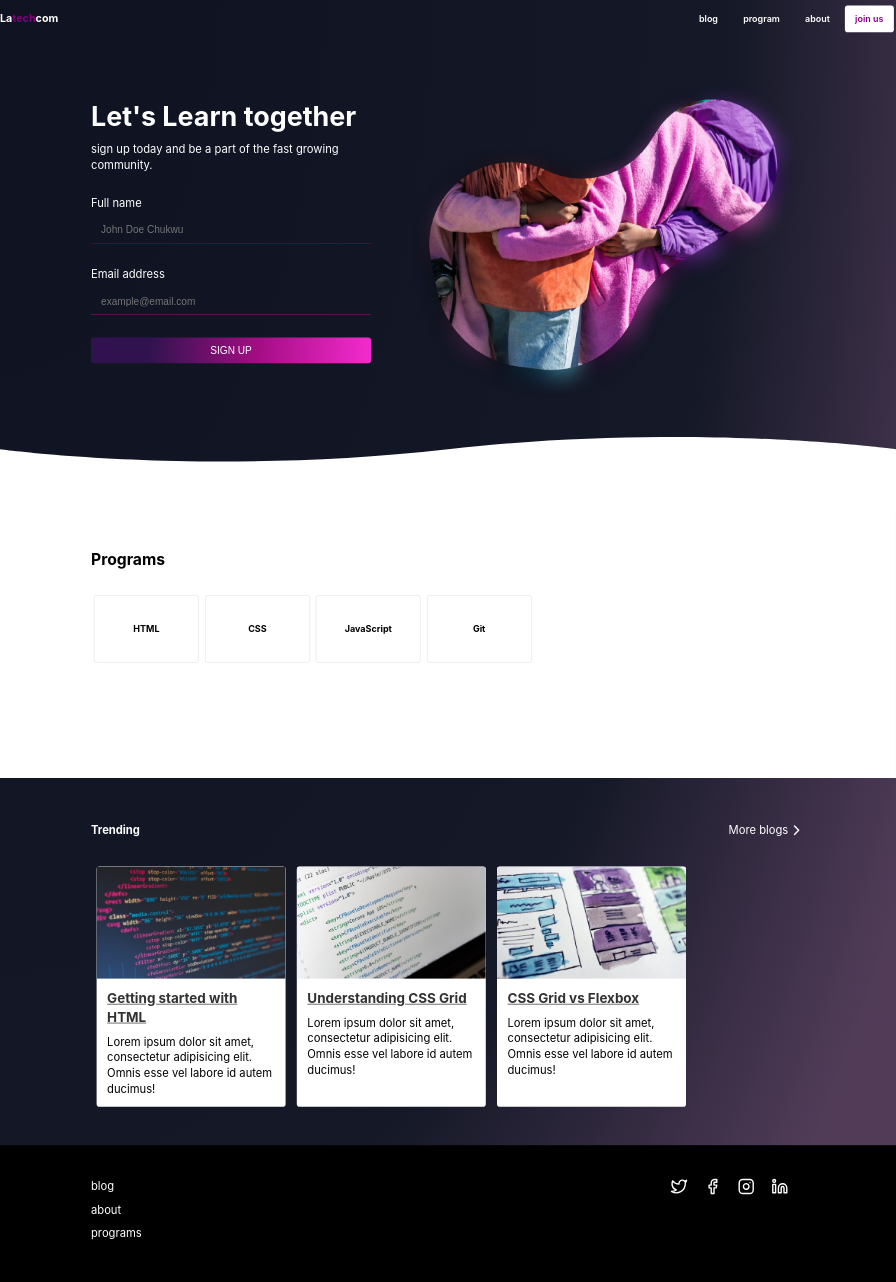
Repository: giprim/community
Page: /
An editor plug-in stored every save of this project. The page is shown before and after a run of saves, followed by the edit.
The browser window is 1280 px wide. The pictures show the whole page, at 70% of full size.
The project was rebuilt for these pictures with package versions that can differ from the ones it lists, and the page was loaded fresh each time. Also part of the build but not shown: src/App.css, src/pages/Register.tsx.

Above is the page before, as saved 2020-10-26 00:11:51.

### src/index.css
* {
  padding: 0;
  margin: 0;
  box-sizing: border-box;
  line-height: 140%;
}

html {
  scroll-behavior: smooth;
}

body {
  font-family: -apple-system, BlinkMacSystemFont, "Segoe UI", "Roboto", "Oxygen",
    "Ubuntu", "Cantarell", "Fira Sans", "Droid Sans", "Helvetica Neue",
    sans-serif;
  -webkit-font-smoothing: antialiased;
  -moz-osx-font-smoothing: grayscale;

  background: radial-gradient(
      115.04% 150.55% at 0% -2.74%,
      #0e1221 0%,
      #141827 70.94%,
      #1d0126c4 100%
    )
    no-repeat;

  height: 100%;
}

code {
  font-family: source-code-pro, Menlo, Monaco, Consolas, "Courier New",
    monospace;
}

### src/App.tsx
import React from 'react';
import './App.css';

import { Route, Switch } from 'react-router-dom';
import { ChevronRight } from 'react-feather';
import Footer from './components/Footer';
import Home from './pages/Home';
import Register from './pages/Register';
import Navbar from './components/Navbar';

function App() {
  return (
    <>
        <Navbar />

      <Switch>
        <Route path='/' exact component={Home} />
        <Route path='/signup' exact component={Register} />
      </Switch>
      <Footer />
    </>
  );
}

export default App;

### src/components/Footer.tsx
import styled from '@emotion/styled';
import React from 'react';
import { Facebook, Instagram, Linkedin, Twitter } from 'react-feather';
import { Link } from 'react-router-dom';
import { HashLink } from 'react-router-hash-link';
import { StyledContainer } from '../pages/Home';

const Footer = () => {
  return (
    <StyledFooter>
      <StyledContainer>
        <div className='flex'>
          <ul>
            <li>
              <Link to='/blog'>blog</Link>
            </li>
            <li>
              <Link to='/about'>about</Link>
            </li>
            <li>
              <HashLink to='/#program'>programs</HashLink>
            </li>
          </ul>

          <div className='socials'>
            <a href='#' target='_blank'>
              <Twitter />
            </a>
            <a href='#' target='_blank'>
              <Facebook />
            </a>
            <a href='#' target='_blank'>
              <Instagram />
            </a>
            <a href='#' target='_blank'>
              <Linkedin />
            </a>
          </div>
        </div>
      </StyledContainer>
    </StyledFooter>
  );
};

export default Footer;

const StyledFooter = styled('div')`
  background: black;
  padding: 2em 0;
  * {
    color: white;
  }

  .flex {
    display: flex;
    justify-content: space-between;
  }
  ul {
    list-style: none;
    li {
      padding-bottom: 0.7rem;
    }
  }

  a {
    text-decoration: none;
    :hover {
      text-decoration: underline;
    }
  }

  .socials {
    a {
      margin-right: 1.5em;
      svg {
        transition: 0.19s ease-in-out;
      }
      svg:hover {
        fill: white;
        stroke: none;
      }
    }
  }
`;

### src/pages/Home.tsx
import styled from '@emotion/styled';
import React from 'react';
import { ChevronRight } from 'react-feather';
import { Link } from 'react-router-dom';
import Banner from '../components/Banner';
import BlogCard from '../components/BlogCard';
import Navbar from '../components/Navbar';
import Programs from '../components/Programs';
import startHtml from '../images/starthtml.png';
import cssgrid from '../images/cssgrid.png';
import flexbox from '../images/flexbox.png';
import whiteBg from '../images/whitebg.svg';

let text = `Lorem ipsum dolor sit amet, consectetur adipisicing elit. Omnis esse vel labore id autem ducimus!`;

let data = [
  {
    title: 'Getting started with HTML',
    image: startHtml,
    text: text,
  },
  {
    title: 'Understanding CSS Grid',
    image: cssgrid,
    text: text,
  },
  {
    title: 'CSS Grid vs Flexbox',
    image: flexbox,
    text: text,
  },
];

const Home: React.FC = () => {
  return (
    <StyledFluidContainer>
      <StyledContainer>
        <Banner />
      </StyledContainer>
      <div className='whitebg'>
        <StyledContainer id='program'>
          <Programs />
        </StyledContainer>
      </div>

      <StyledContainer>
        <StyledTrending>
          <h4>Trending</h4>

          <Link to='/blog'>
            <span>More blogs</span> <ChevronRight />
          </Link>
        </StyledTrending>
        <StyledBlogGrid>
          {data.map(({ title, image, text }) => (
            <BlogCard key={title} image={image} clue={text} title={title} />
          ))}
        </StyledBlogGrid>
      </StyledContainer>
      {/* <Footer /> */}
    </StyledFluidContainer>
  );
};

export default Home;

export const StyledContainer = styled('div')<{ onPadding?: boolean }>`
  margin: 0 auto;
  max-width: 380px;
  padding: ${({ onPadding }) => (onPadding ? '0px' : '15px')};
  @media (min-width: 700px) {
    max-width: 520px;
  }
  @media (min-width: 1000px) {
    max-width: 1050px;
  }
`;

const StyledFluidContainer = styled('div')`
  width: 100%;

  .whitebg {
    background: url(${whiteBg}) no-repeat;
    background-size: cover;
    padding: 9em 0;
  }
`;

const StyledBlogGrid = styled('div')`
  padding: 2em 0em;
  overflow-x: auto;
  display: flex;
  flex-direction: row;
`;

const StyledTrending = styled('div')`
  padding-top: 3em;
  display: flex;
  justify-content: space-between;
  align-items: center;
  * {
    color: #fff;
  }

  a {
    display: flex;
    align-items: center;
    text-decoration: none;
    :hover {
      text-decoration: underline;
    }
  }
`;

### src/components/Navbar.tsx
import React, { useState } from "react";
import styled from "@emotion/styled";
import { NavLink } from "react-router-dom";
import { HashLink } from "react-router-hash-link";
import { Menu } from "react-feather";

const Navbar = () => {
  const [visible, setVisible] = useState(false);
  return (

    <StyledNav>

      <NavLink to='/'>
        <Logo>
          La<span>tech</span>com
        </Logo>
      </NavLink>

      <MenuButton onClick={() => setVisible((prev) => !prev)}>
        <Menu />
      </MenuButton>
      <LinkSection show={visible}>
        <li>
          <NavLink to='/blog'>blog</NavLink>
        </li>
        <li>
          <HashLink to='/#program'>program</HashLink>
        </li>
        <li>
          <NavLink to='/about'>about</NavLink>
        </li>
        <li>
          <NavLink to='/signup'>join us</NavLink>
        </li>
      </LinkSection>
    </StyledNav>
  );
};

export default Navbar;

const StyledNav = styled("div")`
  font-size: 0.8rem;
  display: flex;
  flex-wrap: wrap;
  justify-content: space-between;
  margin-bottom: 1rem;
  vertical-align: middle;
  div {
    height: 100%;
  }
  a {
    text-decoration: none;
  }
`;

const Logo = styled("h3")`
  font-size: 1.2em;
  padding: 15px 0;
  color: white;
  span {
    color: purple;
  }
`;

const LinkSection = styled("ul")<any>`
  display: ${(props) => (props.show ? "block" : "none")};
  width: 100%;
  margin-top: 15px;
  transition: 0.23s linear;
  li {
    list-style: none;
    a {
      background: #840084;
      text-decoration: none;
      display: block;
      text-align: center;
      padding: 10px 5px;
      color: white;
      font-weight: 600;
      transition: 0.23s ease-out;
      :hover {
        background: #520052;
      }
    }
    :last-child {
      a {
        background: #ffffff;
        color: #840084;
        :hover {
          background: #ffffff99;
        }
      }
    }
  }
  @media (min-width: 834px) {
    display: inline-flex;
    width: auto;
    margin-top: 8px;
    li {
      a {
        background: #ffffff00;
        padding: 10px 15px;
        border-radius: 4px;
        margin: 0 3px;
        :hover {
          background: #840084;
        }
      }
    }
  }
`;

const MenuButton = styled("button")`
  display: none;
  border: none;
  border: 1px #ffffff55 solid;
  border-radius: 4px;
  background: #ffffff00;
  color: white;
  font-size: 1.1em;
  margin-top: 10px;
  padding: 5px 15px;
  line-height: 100%;
  transition: 0.23s ease-out;
  @media (max-width: 834px) {
    display: inline;
    :hover {
      background: #ffffffaa;
    }
  }
`;

### src/components/Banner.tsx
import React, { useEffect, useState } from 'react';
import styled from '@emotion/styled';
import desktopImg from '../images/desktopBanner.png';
import mobileImg from '../images/bannerMobile.png';
import StyledInput from '../styledComponents/Input';

const Banner: React.FC = () => {
  const [mobile, setmobile] = useState(false);
  useEffect(() => {
    windowWidth();
  }, []);
  let windowWidth = () => {
    let win = window.innerWidth;
    if (win < 768) setmobile(true);
    else setmobile(false);
  };
  window.addEventListener('resize', windowWidth);

  return (
    <StyledBanner>
      <div className='caption'>
        <h2>Let's Learn together</h2>
        <p>sign up today and be a part of the fast growing community.</p>

        <form>
          <div className='inputbox'>
            <label htmlFor='fullname'>Full name</label>
            <StyledInput
              required
              id='fullname'
              type='text'
              placeholder='John Doe Chukwu'
            />
          </div>
          <div className='inputbox'>
            <label htmlFor='email'>Email address</label>
            <StyledInput
              required
              id='email'
              type='email'
              placeholder='example@email.com'
            />
          </div>
          <div className='inputbox'>
            <input type='submit' value='SIGN UP' />
          </div>
        </form>
      </div>

      <div>
        {mobile ? (
          <img src={mobileImg} alt='imagemobile' />
        ) : (
          <img src={desktopImg} alt='imagedesktop' />
        )}
      </div>
    </StyledBanner>
  );
};

export default Banner;

const StyledBanner = styled('div')`
  display: flex;
  justify-content: space-between;
  align-items: center;
  color: white;
  flex-wrap: wrap-reverse;
  padding-top: 2em;
  padding-bottom: 2em;

  h2 {
    font-size: 2em;
    margin-bottom: 0.2em;
  }
  p {
    max-width: 400px;
  }

  img {
    width: 100%;
    position: relative;
    left: 0;
    right: 0;
    /* margin-left: -15px; */
  }

  .caption {
    max-width: 400px;
  }

  .inputbox {
    margin: 2rem auto;

    label,
    input {
      display: block;
      width: 100%;
    }

    input {
      padding: 0.6em 1em;
      background: none;
      border: none;
      border-bottom: 1px #a30d83 solid;
      color: #fff;
      margin-top: 0.6em;
      margin-bottom: 0.3em;
      font-size: 0.9rem;
      transition: 0.073s ease-in;
      border-radius: 4px 4px 0 0;
      :hover,
      :focus {
        background: #ffffff13;
        border: none;
        border-radius: 4px;
      }
    }
  }
  input[type='submit'] {
    background: linear-gradient(
      93.1deg,
      #30134e 21%,
      #a30d83 59.35%,
      #f12acc 98.27%
    );
    border-radius: 4px;
    transition: 0.273s ease-in;
    border: none;
    :hover {
      background: #30134e;
    }
  }

  @media (min-width: 768px) {
    h2 {
      font-size: 2.4em;
    }
    .caption {
      padding: 0;
    }

    img {
      width: 100%;
    }
  }
`;

### src/components/BlogCard.tsx
import React from "react";
import styled from "@emotion/styled";

interface IBlogCard {
  image: any;
  title: string;
  clue: string;
}

const BlogCard: React.FC<IBlogCard> = ({ image, title, clue }) => {
  return (
    <StyledCard>
      <img src={image} alt={title} />
      <div>
        <h4>{title}</h4>
        <p>{clue}</p>
      </div>
    </StyledCard>
  );
};

export default BlogCard;

const StyledCard = styled("div")`
  width: 100%;
  display: inline-block;
  overflow: hidden;
  background: white;
  border-radius: 4px;
  padding-bottom: 15px;
  margin: 0.5em;
  flex-basis: 270px;
  flex-shrink: 0;
  img {
    width: 100%;
    height: 160px;
    object-fit: cover;
    object-position: center;
  }
  div {
    padding: 0 15px;
    h4 {
      font-size: 1.2rem;
      color: #323232;
      padding: 10px 0;
      text-decoration: underline;
    }
  }
`;

### src/components/Programs.tsx
import React from "react";
import styled from "@emotion/styled";

const Programs: React.FC = () => {
  return (
    <StyledProgram>
      <h4>Programs</h4>

      <div className='flex'>
        <div>
          <h6>HTML</h6>
        </div>
        <div>
          <h6>CSS</h6>
        </div>
        <div>
          <h6>JavaScript</h6>
        </div>
        <div>
          <h6>Git</h6>
        </div>
      </div>
    </StyledProgram>
  );
};

export default Programs;

const StyledProgram = styled("div")`
  h4 {
    font-size: 1.4rem;
  }
  .flex {
    display: flex;
    flex-wrap: wrap;
    justify-content: safe;
    padding-top: 2em;
    div {
      font-size: 1.2rem;
      margin: 0.22em;
      width: 100%;
      max-width: 150px;
      display: flex;
      border: 1px #e5e5e5 solid;
      padding: 2em;
      border-radius: 4px;
      background: white;
      justify-content: center;
      align-items: center;
    }
  }
`;

### src/styledComponents/Input.ts
import styled from '@emotion/styled';

const StyledInput = styled('input')`
  padding: 0.6em 1em;
  background: none;
  border: none;
  border-bottom: 1px #a30d83 solid;
  color: #fff;
  margin-top: 0.6em;
  margin-bottom: 0.3em;
  font-size: 0.9rem;
  transition: 0.073s ease-in;
  border-radius: 4px 4px 0 0;
  :hover,
  :focus {
    background: #ffffff13;
    border: none;
    border-radius: 4px;
  }
`;

export default StyledInput;

Loaded but not shown: public/index.html (common file); src/index.tsx (common file); src/reportWebVitals.ts (common file)

After the next 4 saves:
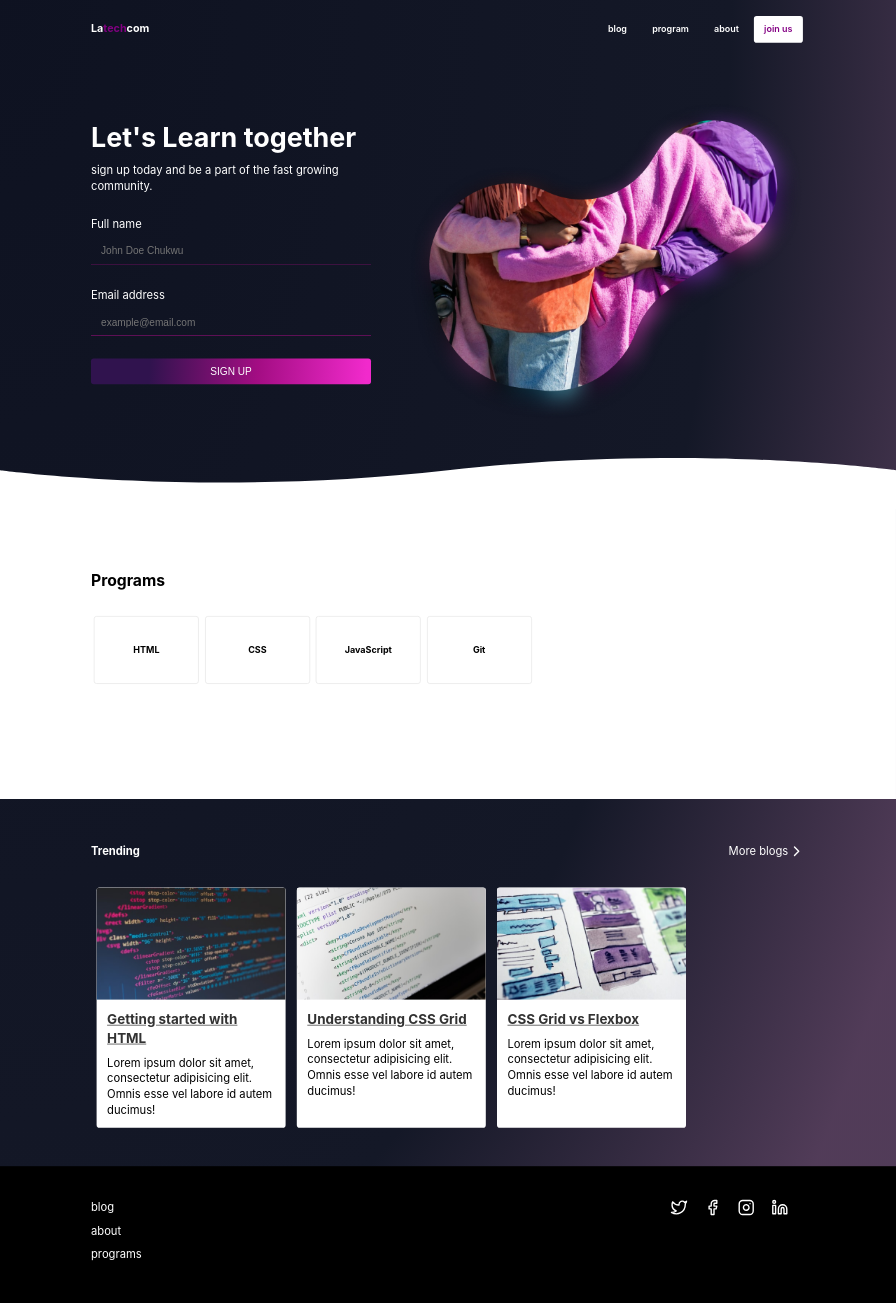
The 4 saves are shown as one change because 2 did not build or start and some came seconds apart.
The last was saved 25 s later.
--- a/src/components/Navbar.tsx
+++ b/src/components/Navbar.tsx
@@ -1,45 +1,46 @@
-import React, { useState } from "react";
-import styled from "@emotion/styled";
-import { NavLink } from "react-router-dom";
-import { HashLink } from "react-router-hash-link";
-import { Menu } from "react-feather";
+import React, { useState } from 'react';
+import styled from '@emotion/styled';
+import { NavLink } from 'react-router-dom';
+import { HashLink } from 'react-router-hash-link';
+import { Menu } from 'react-feather';
+import { StyledContainer } from '../pages/Home';
 
 const Navbar = () => {
   const [visible, setVisible] = useState(false);
   return (
+    <StyledContainer>
+      <StyledNav>
+        <NavLink to='/'>
+          <Logo>
+            La<span>tech</span>com
+          </Logo>
+        </NavLink>
 
-    <StyledNav>
-
-      <NavLink to='/'>
-        <Logo>
-          La<span>tech</span>com
-        </Logo>
-      </NavLink>
-
-      <MenuButton onClick={() => setVisible((prev) => !prev)}>
-        <Menu />
-      </MenuButton>
-      <LinkSection show={visible}>
-        <li>
-          <NavLink to='/blog'>blog</NavLink>
-        </li>
-        <li>
-          <HashLink to='/#program'>program</HashLink>
-        </li>
-        <li>
-          <NavLink to='/about'>about</NavLink>
-        </li>
-        <li>
-          <NavLink to='/signup'>join us</NavLink>
-        </li>
-      </LinkSection>
-    </StyledNav>
+        <MenuButton onClick={() => setVisible((prev) => !prev)}>
+          <Menu />
+        </MenuButton>
+        <LinkSection show={visible}>
+          <li>
+            <NavLink to='/blog'>blog</NavLink>
+          </li>
+          <li>
+            <HashLink to='/#program'>program</HashLink>
+          </li>
+          <li>
+            <NavLink to='/about'>about</NavLink>
+          </li>
+          <li>
+            <NavLink to='/signup'>join us</NavLink>
+          </li>
+        </LinkSection>
+      </StyledNav>
+    </StyledContainer>
   );
 };
 
 export default Navbar;
 
-const StyledNav = styled("div")`
+const StyledNav = styled('div')`
   font-size: 0.8rem;
   display: flex;
   flex-wrap: wrap;
@@ -54,7 +55,7 @@ const StyledNav = styled("div")`
   }
 `;
 
-const Logo = styled("h3")`
+const Logo = styled('h3')`
   font-size: 1.2em;
   padding: 15px 0;
   color: white;
@@ -63,8 +64,8 @@ const Logo = styled("h3")`
   }
 `;
 
-const LinkSection = styled("ul")<any>`
-  display: ${(props) => (props.show ? "block" : "none")};
+const LinkSection = styled('ul')<any>`
+  display: ${(props) => (props.show ? 'block' : 'none')};
   width: 100%;
   margin-top: 15px;
   transition: 0.23s linear;
@@ -111,7 +112,7 @@ const LinkSection = styled("ul")<any>`
   }
 `;
 
-const MenuButton = styled("button")`
+const MenuButton = styled('button')`
   display: none;
   border: none;
   border: 1px #ffffff55 solid;
